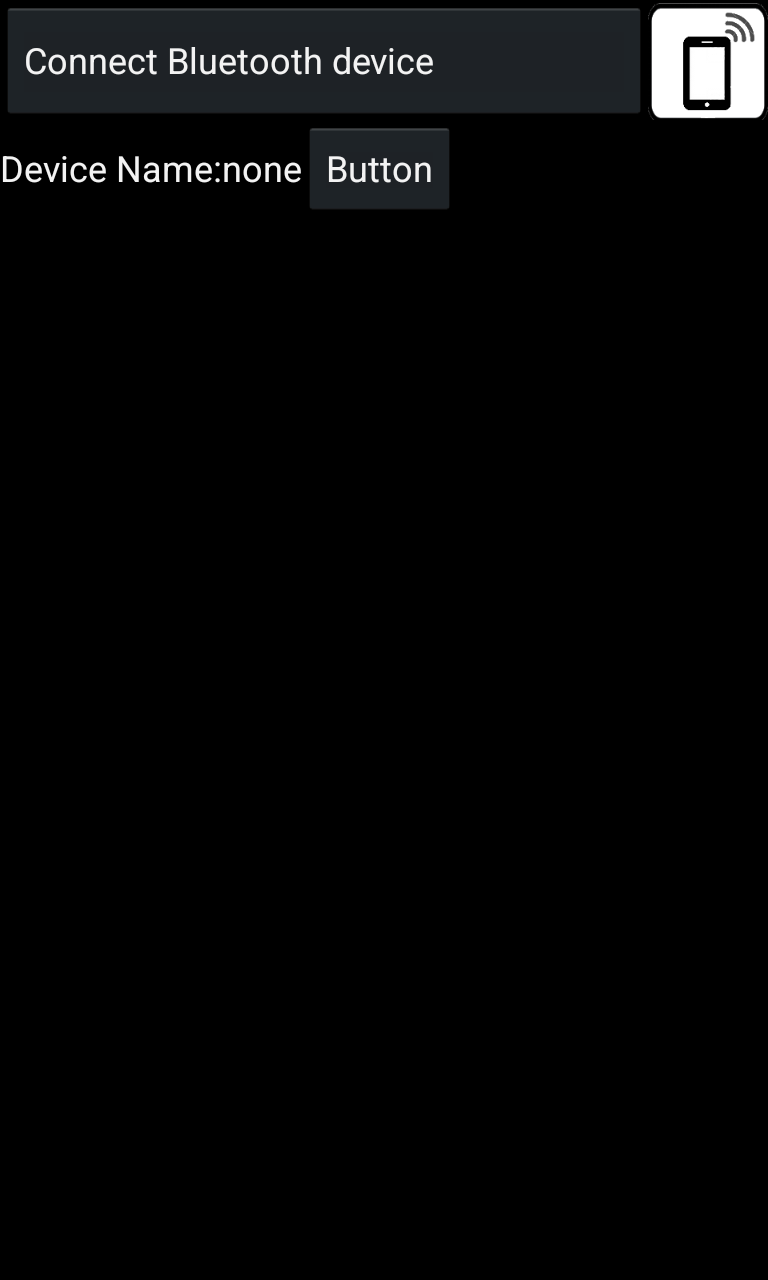
Repository: wangefan/cipherconnectsolution_new
Layout: CipherConnectPro/res/layout/build_conn_method_preference.xml
An editor plug-in stored every save of this project. The layout is shown before and after the next save, followed by the edit.
It is drawn on a 768 x 1280 px phone screen (xhdpi) without system bars, with theme android:Theme.Holo; the app's code is not run.

Above is the layout before, as saved 2015-03-18 06:03:31.

### CipherConnectPro/res/layout/build_conn_method_preference.xml
<?xml version="1.0" encoding="utf-8"?>
<LinearLayout xmlns:android="http://schemas.android.com/apk/res/android"
    android:layout_width="match_parent"
    android:layout_height="wrap_content"
    android:orientation="vertical" >
	<LinearLayout
	    android:layout_width="match_parent"
	    android:layout_height="wrap_content"
	    android:orientation="horizontal" >

	    <Button
	        android:id="@+id/btnBuildConn"
	        android:layout_width="0dp"
	        android:layout_height="60dp"
	        android:layout_weight="80"
	        android:gravity="start|center_vertical"
	        android:text="@string/setting_buildconnect" />

	    <ToggleButton
	        android:id="@+id/btnConnMethod"
	        android:layout_width="60dp"
	        android:layout_height="60dp"
	        android:background="@drawable/conn_method"
	        android:textOff=""
	        android:textOn="" />
	</LinearLayout>

	<LinearLayout
	    android:layout_width="match_parent"
	    android:layout_height="wrap_content" >

		<TextView
		    android:id="@+id/tvTitle"
		    android:layout_width="wrap_content"
		    android:layout_height="wrap_content"
		    android:text="@string/strCurrentDevName"
		    android:textAppearance="?android:attr/textAppearanceMedium" />

		<TextView
		    android:id="@+id/textView2"
		    android:layout_width="wrap_content"
		    android:layout_height="wrap_content"
		    android:text="@string/none_device"
		    android:textAppearance="?android:attr/textAppearanceMedium" />

		<Button
		    android:id="@+id/button1"
		    android:layout_width="wrap_content"
		    android:layout_height="wrap_content"
		    android:text="Button" />

	</LinearLayout>

</LinearLayout>

### CipherConnectPro/res/values/strings.xml
<?xml version="1.0" encoding="utf-8"?>
<resources>
    <string name="app_name">CipherEZMet</string>
    <string name="app_status">Wait to connect&#8230;</string>
    <string name="strConnecting">connecting&#8230;</string>
    <string name="strConnectingMsg">Device is connecting, please wait&#8230;</string>
    <string name="error_bluetooth_not_turnon">Not turn on bluetooth</string>
    <string name="app_service">Listen service</string>
    <string name="strDisconnect">Reset connection (break the connection)</string>
    <string name="strResetConn">Step1. Reset Connection</string>
    <string name="strSetConn">Step2. Set Connection</string>
    <string name="strMacAdd">Step3. MAC Address</string>
    <string name="strBTNoDeviceName">no device</string>
    <string name="strBeginConn">Begin to connect&#8230;</string>
    <string name="strConnected">Connected</string>
    <string name="strConnectErr">Connect error!</string>
	<string name="ime_name">CipherConnect Pro</string>
	<string name="ime_connection">Connect devices</string>
	<string name="strCurrentDevName">Device Name:</string>
	<string name="ime_setting_name">CipherConnect Pro settings</string>
	<string name="setting_buildconnect">Connect Bluetooth device</string>
	<string name="setting_bluetooth_device_status">Bluetooth device status</string>
	<string name="setting_bluetooth_device_connected">Connected</string>
	<string name="setting_bluetooth_device_connecting">Connecting&#8230;</string>
	<string name="setting_bluetooth_device_disconnected">Disconnected</string>
	<string name="setting_bluetooth_device">Bluetooth device</string>
	<string name="setting_barcode_input">Inter-character delay</string>
	<string name="setting_language">Second language</string>
	<string name="setting_mode">Scan mode</string>
	<string name="setting_autoconnect">Auto connect</string>
	<string name="setting_about">About</string>
	<string name="about_company">Company</string>
	<string name="about_company_value">CipherLab Co., Ltd.</string>
	<string name="about_url">Website</string>
	<string name="about_url_value">http://www.cipherlab.com</string>
	<string name="about_version">Version</string>
	<string name="about_version_value">2.4.5</string>
	<string name="about_sdk">Android SDK</string>
	<string name="about_sdk_value">4.4.2</string>
	<string name="Initialize_starts">Initialize CipherConnect</string>
	<string name="can_not_find_any_bluetooth_device">Cannot find Bluetooth device!</string>
	<string name="can_not_find_device_by_name">No device selected</string>
	<string name="can_not_open_bluetooth_service">Please turn on Bluetooth!</string>
	<string name="the_bluetooth_device_beginConnecting">Begin connect Bluetooth device&#8230;</string>
	<string name="the_bluetooth_device_connecting">Bluetooth connecting</string>
	<string name="the_bluetooth_device_connected">Connected</string>
	<string name="the_bluetooth_device_disconnected">Not connected</string>
	<string name="the_bluetooth_device_connected_error">Bluetooth connection error</string>
	<string name="the_bluetooth_device_verify_fail">The device is not CipherLab product.</string>
	<!-- Title for Latin keyboard  -->
    <!-- Symbols that are commonly considered word separators in this language -->
    <string name="word_separators">\u0020.,;:!?\n()[]*&amp;@{}/&lt;&gt;_+=|&quot;</string>

    <!-- Labels on soft keys -->
    <string name="label_go_key">Go</string>
    <string name="label_next_key">Next</string>
    <string name="label_send_key">Send</string>

    <!-- license -->
    <string name="license_unlicensed_dialog_title">Application not licensed</string>
	<string name="license_unlicensed_dialog_body">This application is not licensed. Please purchase it from Android Market.</string>
	<string name="license_buy_button">Buy app</string>
	<string name="license_quit_button">Exit</string>

    <!-- Have same application -->
    <string name="ime_service_name">com.cipherlab.cipherconnectpro.CipherConnectKeyboardService</string>
    <string name="ime_service_name_conflict">com.cipherlab.cipherconnect.CipherConnectKeyboardService</string>
    <string name="remove_lite_dialog_title">Attention</string>
	<string name="remove_lite_dialog_body">This input method may conflict with application CipherConnect Lite. Please remove CipherConnect Lite.</string>
	<string name="remove_lite_quit_button">Exit</string>
	<string name="setting_minimum">Minimize keyboard</string>
	<string name="Bluetooth_Setting_Title">Bluetooth settings</string>
	<string name="Bluetooth_Setting_Summary">Manage connections, set device name &amp; discoverability</string>
	<string name="Bluetooth_Setting_BLE_Summary">Manage Low Energy connections, discover Low Energy devices &amp; </string>
	<string name="Bluetooth_Title">Bluetooth</string>
	<string name="Bluetooth_Setting_BLE_Title">Bluetooth (LE)</string>
	<string name="Backlight_Suspend_Title">Stay awake</string>
	<string name="Exit_Title">Exit CiperConnect</string>
	<string name="Bluetooth_TurnOn">Turn on Bluetooth</string>
	<string name="Bluetooth_TurningOn">Turning on&#8230;</string>
	<string name="Bluetooth_TurningOff">Turning off&#8230;</string>
	<string name="Empty"> </string>
	<string name="about_help">Online Help</string>

	<!-- Barcode Interval -->
	<string-array name="SendBarcodeInterval_entries">
		<item>0.03 sec</item>
	    <item>0.04 sec</item>
		<item>0.05 sec</item>
		<item>0.06 sec</item>
		<item>0.07 sec</item>
		<item>0.08 sec</item>
		<item>0.09 sec</item>
		<item>0.10 sec</item>
		</string-array>
	<string-array name="SendBarcodeInterval_entries_value">
		<item>3</item>
	    <item>4</item>
		<item>5</item>
		<item>6</item>
		<item>7</item>
		<item>8</item>
		<item>9</item>
		<item>10</item>
	</string-array>

	<string name="ble_not_supported">BLE is not supported</string>
	<string name="ble_bind_service_fail">Inter initialize fail, please try again</string>
	<string name="LE_scan_title">BLE Device Scan</string>
	<string name="Str_connect_to">Scan Devices and connect</string>
	<string name="Str_wait_connect">Wait devices to connect</string>
	<string name="Str_BT_Classic">Classic</string>
	<string name="Str_BT_LE">Low Energy</string>
	<string name="menu_scan">Scan</string>
	<string name="menu_stop">Stop</string>
	<string name="unknown_device">unknown device</string>
	<string name="none_device">none</string>
	<string-array name="ConnMode_entries">
		<item>@string/Str_connect_to</item>
	    <item>@string/Str_wait_connect</item>
	</string-array>
	<string-array name="ConnMode_entries_value">
		<item>@string/Str_connect_to</item>
	    <item>@string/Str_wait_connect</item>
	</string-array>

	<string-array name="ScanMode_entries">
		<item>@string/Str_BT_Classic</item>
	    <item>@string/Str_BT_LE</item>
	</string-array>
	<string-array name="ScanMode_entries_value">
		<item>@string/Str_BT_Classic</item>
	    <item>@string/Str_BT_LE</item>
	</string-array>
	<!-- Language -->
	<string-array name="Language_entries">
		<item>None</item>
		<item>Czech</item>
		<item>French</item>
		<item>German</item>
		<item>Italian</item>
		<item>Portuguese</item>
		<item>Russian</item>
		<item>Spanish</item>
	</string-array>
	<string-array name="Language_entries_value">
		<item>No</item>
		<item>Cz</item>
		<item>Fr</item>
		<item>De</item>
		<item>It</item>
		<item>Pt</item>
		<item>Ru</item>
		<item>Es</item>
	</string-array>
</resources>

### CipherConnectPro/res/drawable/conn_method.xml
<?xml version="1.0" encoding="utf-8"?>
<selector xmlns:android="http://schemas.android.com/apk/res/android" >
    <item android:drawable="@drawable/slave_conn"
          android:state_checked="true" />
    <item android:drawable="@drawable/master_conn"
        android:state_checked="false"/>
</selector>

After the next save:
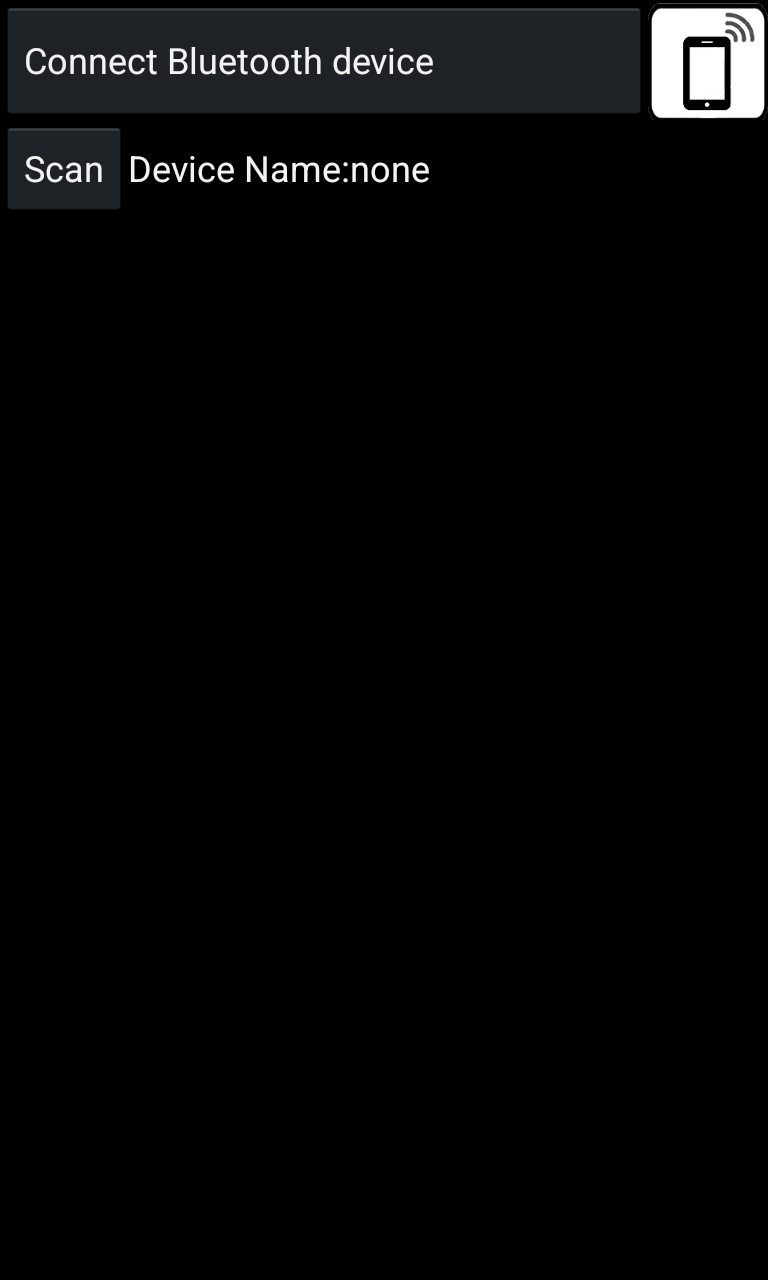
Saved 15 s later.
--- a/CipherConnectPro/res/layout/build_conn_method_preference.xml
+++ b/CipherConnectPro/res/layout/build_conn_method_preference.xml
@@ -29,6 +29,12 @@
 	    android:layout_width="match_parent"
 	    android:layout_height="wrap_content" >
 
+		<Button
+		    android:id="@+id/button1"
+		    android:layout_width="wrap_content"
+		    android:layout_height="wrap_content"
+		    android:text="@string/menu_scan" />
+
 		<TextView
 		    android:id="@+id/tvTitle"
 		    android:layout_width="wrap_content"
@@ -43,12 +49,6 @@
 		    android:text="@string/none_device"
 		    android:textAppearance="?android:attr/textAppearanceMedium" />
 
-		<Button
-		    android:id="@+id/button1"
-		    android:layout_width="wrap_content"
-		    android:layout_height="wrap_content"
-		    android:text="Button" />
-
 	</LinearLayout>
 
 </LinearLayout>
